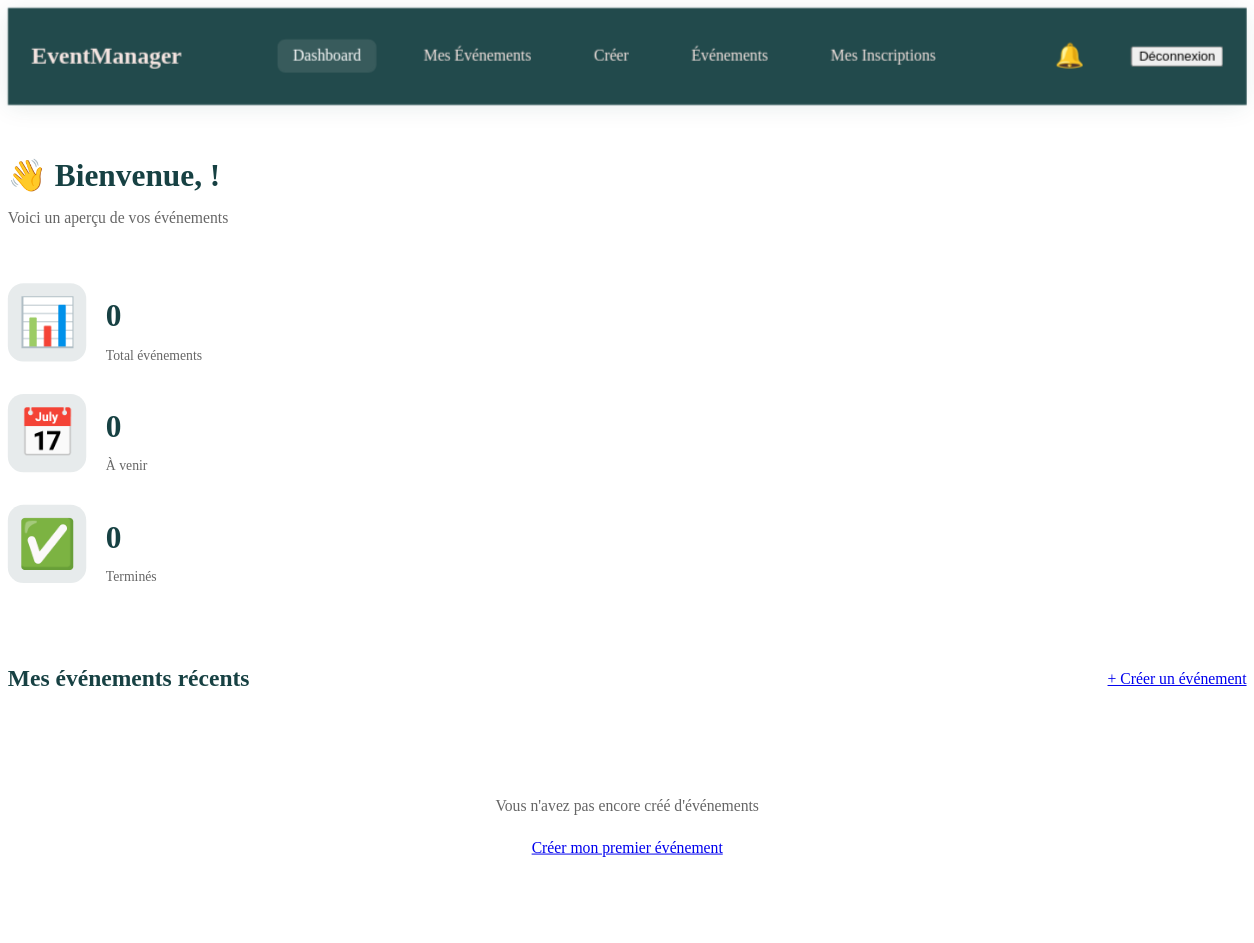
Repository: RADJA-A/DahiliRadja_Pjt_IW
Page: /organisateur/dashboard (app in Front/gerement/)
These files come from the project's save history. The page is drawn as it stood at one moment and after the next save; the edit follows.
The browser window is 1280 px wide. The pictures show the whole page, at 98% of full size.
The project was rebuilt for these pictures with package versions that can differ from the ones it lists, and the page was loaded fresh each time. Also part of the build but not shown: Front/gerement/angular.json, Front/gerement/src/app/pages/home/home.component.ts, Front/gerement/src/app/components/avantages/avantages.component.ts, Front/gerement/src/app/components/procedure/procedure.component.ts, Front/gerement/src/app/components/services/services.component.ts, Front/gerement/src/app/pages/login/login.component.ts, Front/gerement/src/app/core/services/auth.service.ts, Front/gerement/src/app/pages/signin/signin.component.ts and 7 more.

Above is the page before, as saved 2025-12-10 12:53:52.

After the next save:
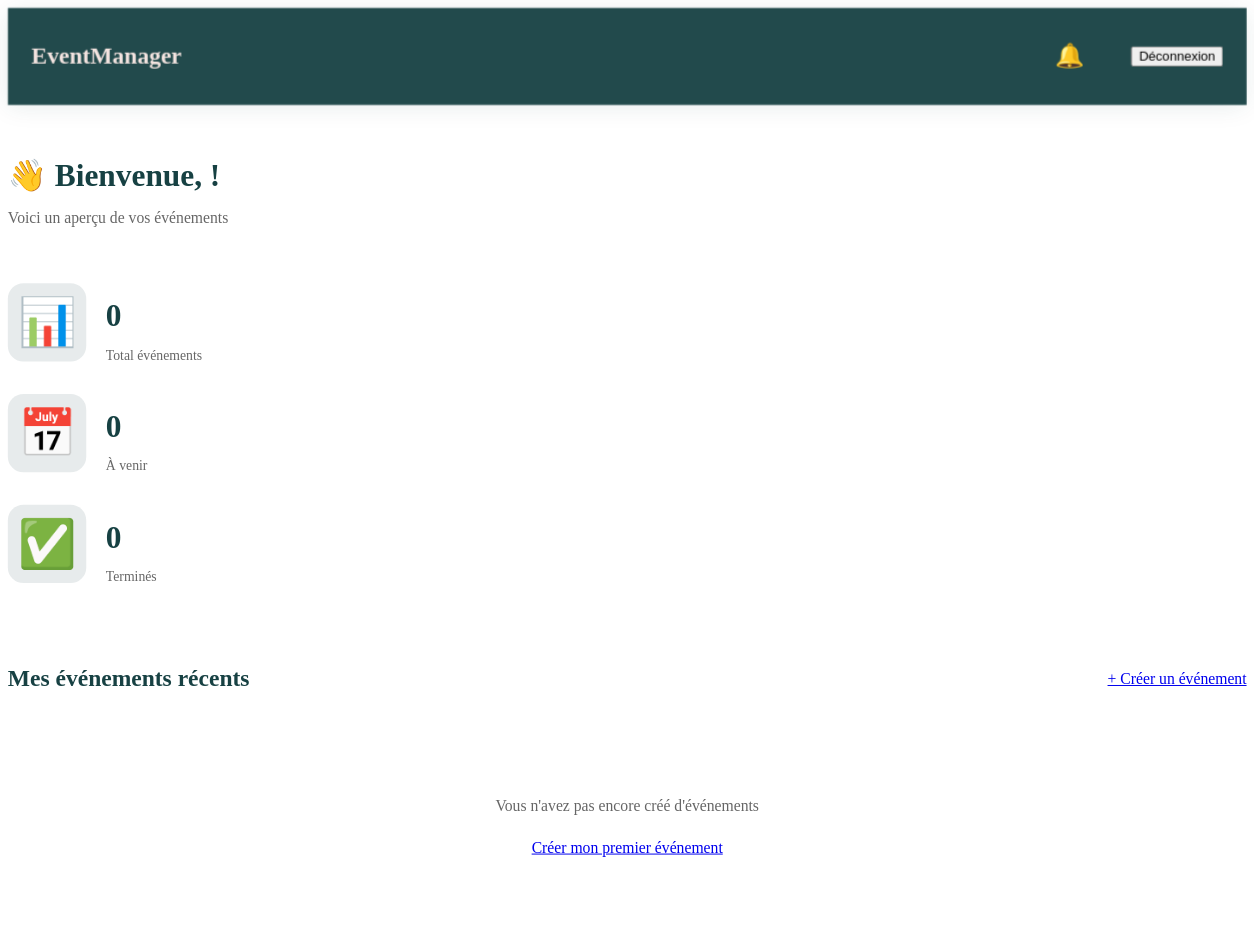
Saved 64 s later.
--- a/Front/gerement/src/app/components/navbar/navbar.component.html
+++ b/Front/gerement/src/app/components/navbar/navbar.component.html
@@ -5,18 +5,17 @@
     </div>
 
     <div class="navbar-menu">
-      <ng-container *ngIf="!isOrganisateur()">
-        <!-- Add routerLink directive -->
+      <!-- Show for Organizer/Admin -->
+      <ng-container *ngIf="isOrganisateur()">
         <a [routerLink]="['/organisateur/dashboard']" routerLinkActive="active">Dashboard</a>
         <a [routerLink]="['/organisateur/mes-evenements']" routerLinkActive="active">Mes Événements</a>
         <a [routerLink]="['/organisateur/creer-evenement']" routerLinkActive="active">Créer</a>
       </ng-container>
 
-      <ng-container *ngIf="!isParticipant()">
-        <!-- Add routerLink directive -->
+      <!-- Show for Participant -->
+      <ng-container *ngIf="isParticipant()">
         <a [routerLink]="['/participant/evenements']" routerLinkActive="active">Événements</a>
         <a [routerLink]="['/participant/mes-inscriptions']" routerLinkActive="active">Mes Inscriptions</a>
-
       </ng-container>
     </div>
 

After the 4 saves that followed:
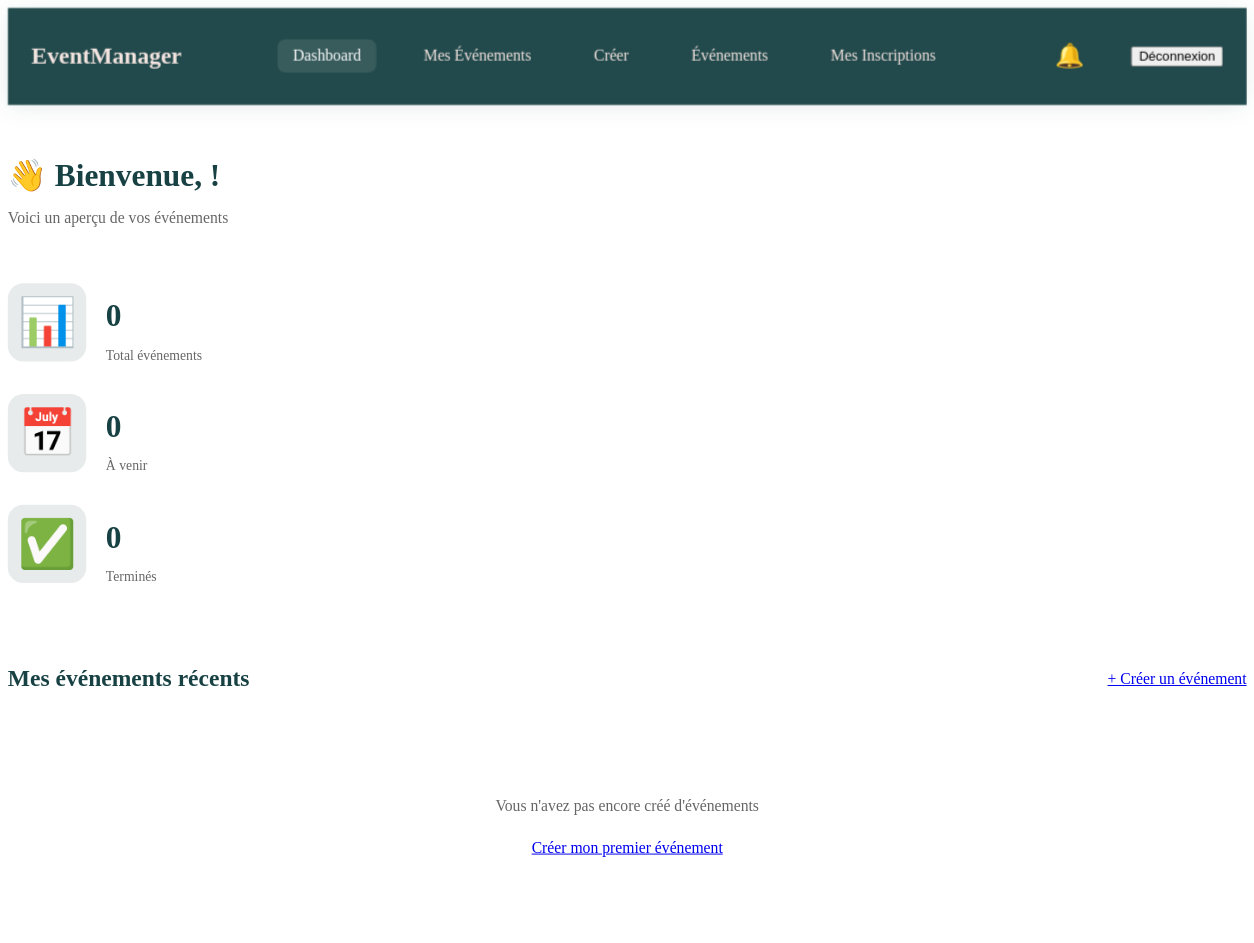
The 4 saves are shown as one change because 2 left the picture as it was and some came seconds apart.
The last was saved 62 s later.
--- a/Front/gerement/src/app/components/navbar/navbar.component.html
+++ b/Front/gerement/src/app/components/navbar/navbar.component.html
@@ -5,17 +5,18 @@
     </div>
 
     <div class="navbar-menu">
-      <!-- Show for Organizer/Admin -->
-      <ng-container *ngIf="isOrganisateur()">
+      <ng-container *ngIf="!isOrganisateur()">
+        <!-- Add routerLink directive -->
         <a [routerLink]="['/organisateur/dashboard']" routerLinkActive="active">Dashboard</a>
         <a [routerLink]="['/organisateur/mes-evenements']" routerLinkActive="active">Mes Événements</a>
         <a [routerLink]="['/organisateur/creer-evenement']" routerLinkActive="active">Créer</a>
       </ng-container>
 
-      <!-- Show for Participant -->
-      <ng-container *ngIf="isParticipant()">
+      <ng-container *ngIf="!isParticipant()">
+        <!-- Add routerLink directive -->
         <a [routerLink]="['/participant/evenements']" routerLinkActive="active">Événements</a>
         <a [routerLink]="['/participant/mes-inscriptions']" routerLinkActive="active">Mes Inscriptions</a>
+
       </ng-container>
     </div>
 
